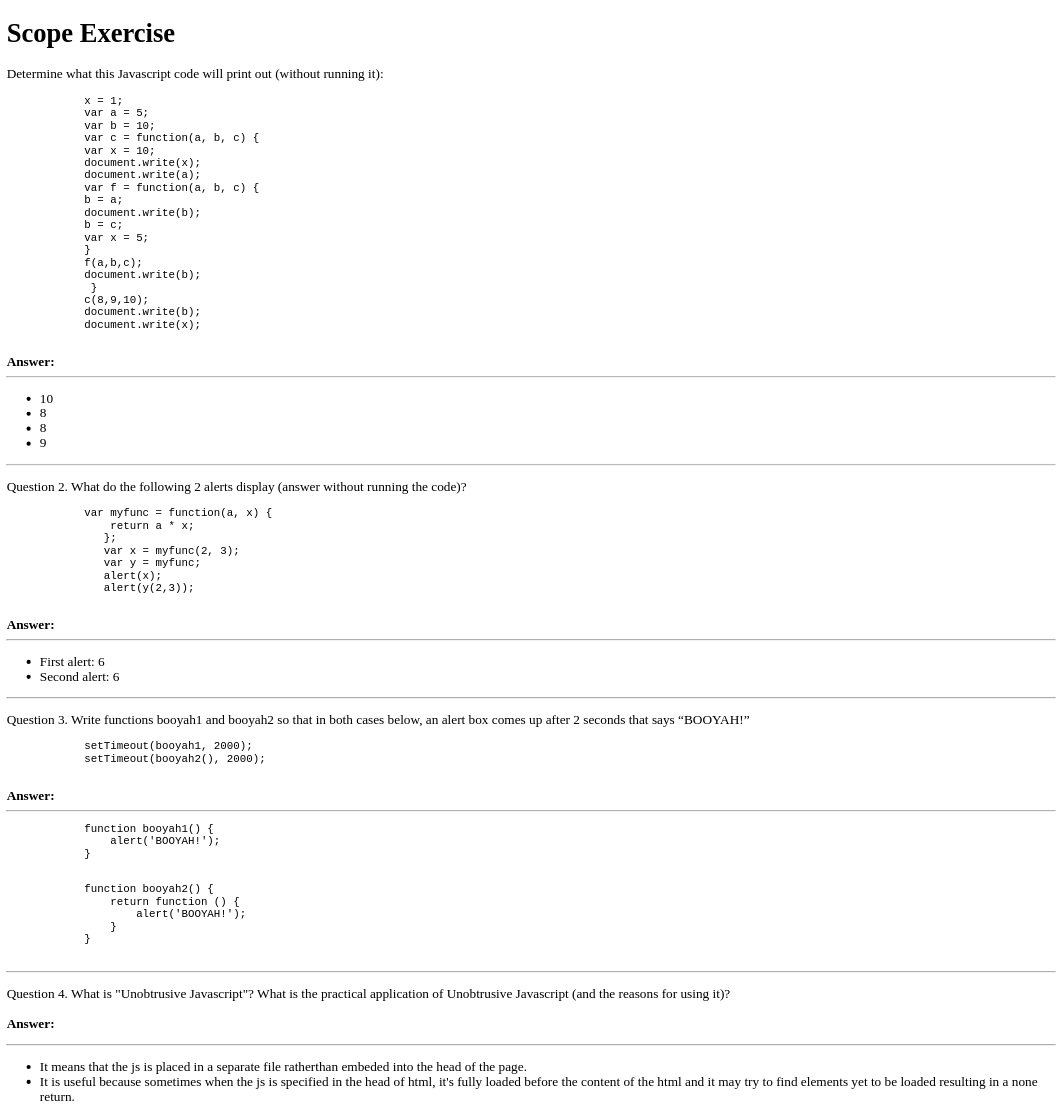
Repository: bethelbahiru/WAP
Page: Homework3/scope.html
The author's editor kept a copy of each file at every save. The page is drawn from the files as they stood at one save, then again after a run of saves.
The browser window is 1280 px wide. The pictures show the whole page, at 83% of full size.

Above is the page before, as saved 2022-01-18 15:23:30.

### Homework3/scope.html
<!DOCTYPE html>
<html lang="en">
<head>
    <meta charset="UTF-8">
    <meta http-equiv="X-UA-Compatible" content="IE=edge">
    <meta name="viewport" content="width=device-width, initial-scale=1.0">
    <title>Scope Exercise</title>
</head>
<body>
    <h1><strong>Scope Exercise</strong></h1>
    <p> Determine what this Javascript code will print out (without running it):
        <pre>
            x = 1;
            var a = 5;
            var b = 10;
            var c = function(a, b, c) {
            var x = 10;
            document.write(x);
            document.write(a);
            var f = function(a, b, c) {
            b = a;
            document.write(b);
            b = c;
            var x = 5;
            }
            f(a,b,c);
            document.write(b);
             }
            c(8,9,10);
            document.write(b);
            document.write(x);
        </pre>

        <strong>Answer:</strong>
        <hr>
        <ul>
            <li>10</li>
            <li>8</li>
            <li>8</li>
            <li>9</li>

        </ul>
    </p>
    <hr>
    <p>Question 2. What do the following 2 alerts display (answer without running the code)?
        <pre>
            var myfunc = function(a, x) {
                return a * x;
               };
               var x = myfunc(2, 3);
               var y = myfunc;
               alert(x);
               alert(y(2,3));
        </pre>
        <strong>Answer:</strong>
        <hr>
        <ul>
            <li>First alert: 6</li>
            <li>Second alert: 6</li>
        </ul>
    </p>
    <hr>
    <p>Question 3. Write functions booyah1 and booyah2 so that in both cases below, an alert box comes up after 2 seconds that
        says “BOOYAH!”
        <pre>
            setTimeout(booyah1, 2000);
            setTimeout(booyah2(), 2000);
        </pre>
        <strong>Answer:</strong>
        <hr>
        <pre>
            function booyah1() {
                alert('BOOYAH!');
            }
        </pre>
        <pre>
            function booyah2() {
                return function () {
                    alert('BOOYAH!');
                }
            }
        </pre>
    </p>
    <hr>
    <p>Question 4. What is "Unobtrusive Javascript"? What is the practical application of Unobtrusive Javascript (and the reasons
        for using it)?
        <br/>
        <br/>
        <strong>Answer:</strong>
        <hr>
        <ul>
            <li>It means that the js is placed in a separate file ratherthan embeded into the head of the page.</li>
            <li>It is useful because sometimes when the js is specified in the head of html, it's fully loaded before the content of the html and it may try to find elements yet to be loaded resulting in a none return.</li>
        </ul>
    </p>

</body>
</html>

After the next 5 saves:
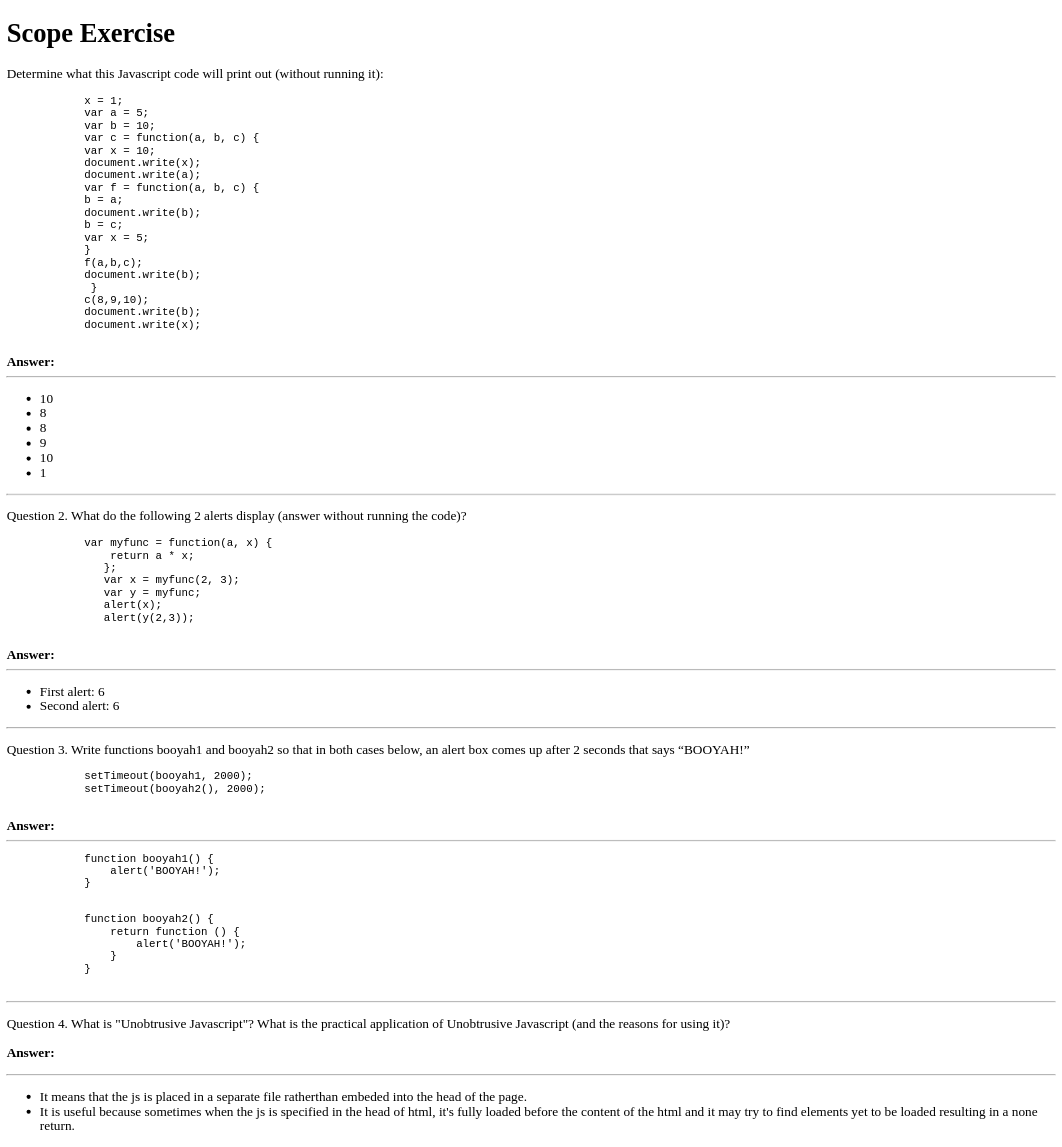
The 5 saves are shown as one change because they came seconds apart.
The last was saved 15 s later.
--- a/Homework3/scope.html
+++ b/Homework3/scope.html
@@ -38,7 +38,8 @@
             <li>8</li>
             <li>8</li>
             <li>9</li>
-
+            <li>10</li>
+            <li>1</li>
         </ul>
     </p>
     <hr>
